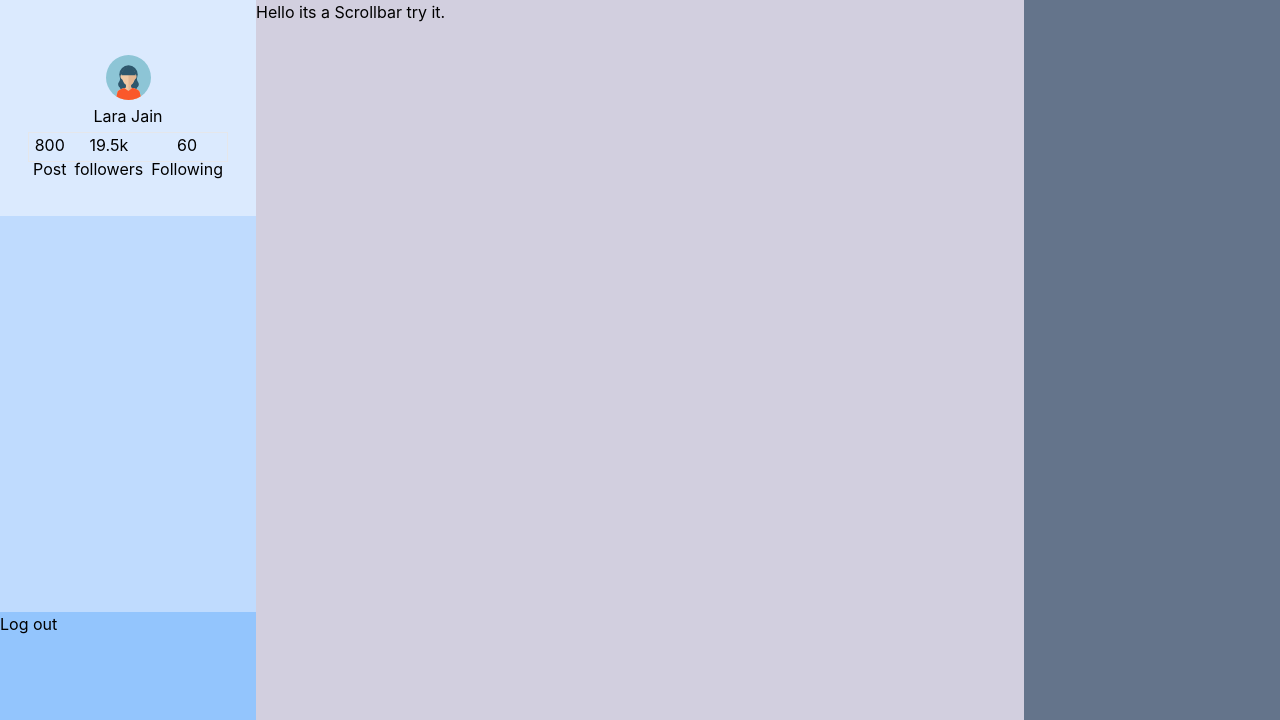
Repository: cosmicswati/upgrad-captions-project
Page: /
These files come from the project's save history. The page is drawn as it stood at one moment and after the next save; the edit follows.
The browser window is 1280 px wide. The pictures show the whole page.
An inner scrolling area shows only its first screen. The project was rebuilt for these pictures with package versions that can differ from the ones it lists, and the page was loaded fresh each time. Also part of the build but not shown: src/components/Input/index.js, src/components/Button/index.js, src/modules/Authorization/Form.jsx, src/modules/Authorization/index.js.

Above is the page before, as saved 2024-04-09 14:03:21.

After the next save:
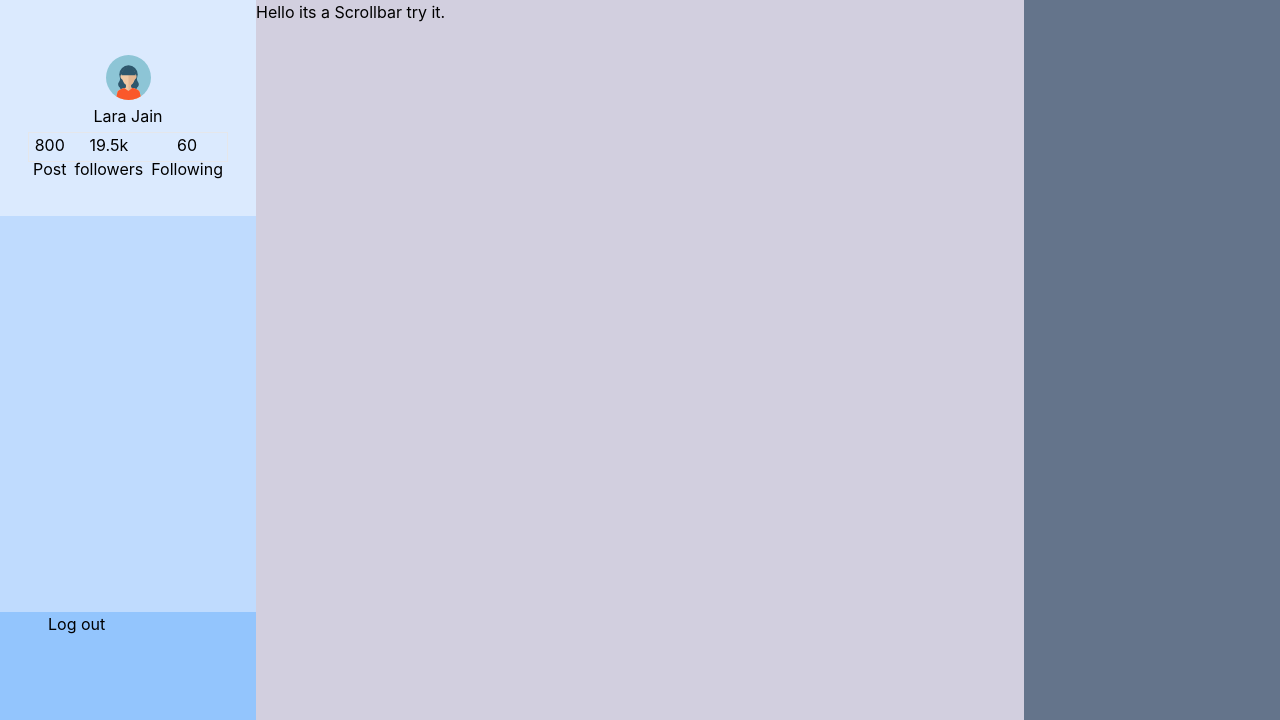
Saved 93 s later.
--- a/src/modules/Home/index.js
+++ b/src/modules/Home/index.js
@@ -27,7 +27,7 @@ const Home = () => {
             </div>
             <div className='h-[55%] bg-blue-200'></div>
             <div className='h-[15%] bg-blue-300'>
-                <div>Log out</div>
+                <div className='ml-12'>Log out</div>
             </div>
         </div>
         <div className='w-[60%] overflow-scroll h-full scrollbar-hide'>
